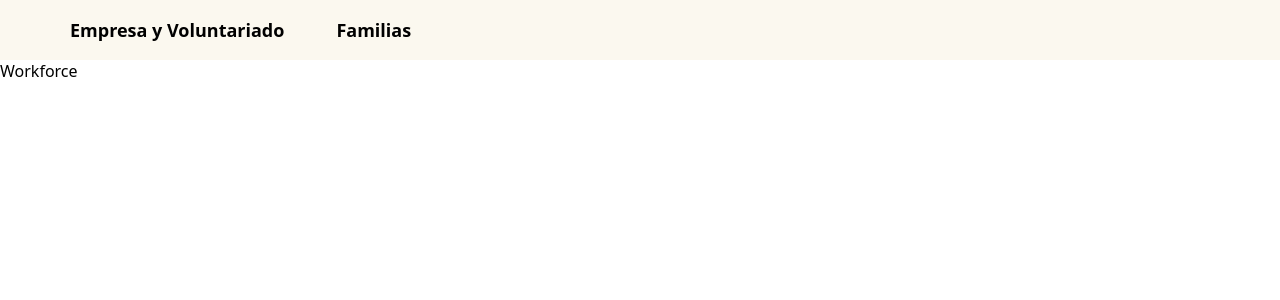
Repository: Synergy-club/reconstruction
Page: /
An editor plug-in stored every save of this project. The page is shown before and after the next save, followed by the edit.
The browser window is 1280 px wide. The pictures show the whole page.
The project was rebuilt for these pictures with package versions that can differ from the ones it lists, and the page was loaded fresh each time. Also part of the build but not shown: vite.config.js, src/views/Families/Families.jsx.

Above is the page before, as saved 2024-12-10 01:26:26.

### index.html
<!DOCTYPE html>
<html lang="en">
  <head>
    <meta charset="UTF-8" />
    <link rel="icon" type="image/svg+xml" href="/vite.svg" />
    <meta name="viewport" content="width=device-width, initial-scale=1.0 user-scalable=no" />
    <meta name="description" content="Agrupación de profesionales de primer nivel de los sectores de la logística, arquitectura y construcción unidos para gestionar y coordinar los esfuerzos de reconstrucción tras las inundaciones. Garantizando la trazabilidad y transparencia de las donaciones.
      La emisión de certificados inmediatos de donaciones así como los reconocimientos al voluntariado se harán bajo el paraguas de Fundación Synergy Club internacional, una plataforma abierta que suma acciones de asociaciones y fundaciones. Siempre y todas ellas sin ninguna vinculación política y sin ánimo de lucro.
      Esta iniciativa está abierta a todos los profesionales, voluntarios y héroes vecinales que necesitan o pueden aportar recursos eficientes y de calidad para la reconstrucción.
      Nos apoyamos y promovemos las agrupaciones improvisadas de vecinos de las zonas afectadas por la catástrofe que han reaccionado y son un referente de ayuda inmediata y conocimiento real de las situaciones de sus vecinos."
    />
    <meta name="author" content="Synergy Clubs International" />
    <title>Reconstrucción Valencia</title>
  </head>
  <body>
    <div id="root"></div>
    <script type="module" src="/src/main.jsx"></script>
  </body>
</html>

### src/main.jsx
import { StrictMode } from 'react'
import { createRoot } from 'react-dom/client'
import { BrowserRouter } from 'react-router-dom'
import './assets/global-style/style.css'
import App from './App.jsx'
import { ReducerProvider } from './contexts/ReducerContext.jsx'
import { ReferenceProvider } from './contexts/ReferenceContext.jsx'

createRoot(document.getElementById('root')).render(
  <StrictMode>
    <BrowserRouter>
      <ReducerProvider>
        <ReferenceProvider>
          <App />
        </ReferenceProvider>
      </ReducerProvider>
    </BrowserRouter>
  </StrictMode>
)

### src/assets/global-style/style.css
:root {
  /* BACKGROUND COLOR */
  --sci-bg-dark: #222222;
  --sci-bg-white: #ffffff;
  --sci-primary-blue: #78b3ce;
  --sci-light-blue: #c9e6f0;
  --sci-light-cream: #fbf8ef;
  --sci-accent-orange: #f96e2a;

  /*FONT*/
  --sci-font-main: sans-serif;

  /*COLOR TEXT*/
  --sci-text-dark: #222222;
  --sci-text-white: #ffffff;
  --sci-text-orange: #f96e2a;

  /*SPACING AND ROUNDED*/
  --sci-spacing-xs: 8px;
  --sci-spacing-s: 12px;
  --sci-spacing-m: 16px;
  --sci-spacing-l: 24px;
  --sci-spacing-xl: 48px;

  /*FONT SIZE*/
  --sci-font-size-xs: 12px;
  --sci-font-size-s: 16px;
  --sci-font-size-m: 18px;
  --sci-font-size-l: 22px;
  --sci-font-size-xl: 28px;
}
* {
  margin: 0;
  padding: 0;
  box-sizing: border-box;
  font-family: system-ui, -apple-system, BlinkMacSystemFont, 'Segoe UI', Roboto,
    Oxygen, Ubuntu, Cantarell, 'Open Sans', 'Helvetica Neue', sans-serif;
}

html {
  scroll-behavior: smooth;
}
h1,
h2,
h3,
h4,
h5 {
  font-size: var(--sci-font-size-xl);
}
p,
button,
li {
  font-size: var(--sci-font-size-m);
}

ul {
  list-style-type: disc;
  padding-left: 20px;
}
a {
  text-decoration: none;
}
button {
  cursor: pointer;
  background: none;
  padding: var(--sci-spacing-xs) var(--sci-spacing-s);
  border: none;
  transition: all 0.3s ease-in-out;
  display: flex;
  justify-content: center;
  align-items: center;
  gap: 8px;
  font-weight: 600;
}

button:hover {
  transform: scale(0.98);
}

@keyframes fadeInUp {
  0% {
    opacity: 0;
    transform: translateY(20px);
  }
  100% {
    opacity: 1;
    transform: translateY(0);
  }
}

.fadeIn {
  opacity: 1;
  animation: fadeInUp 0.5s ease-in;
}

@keyframes show {
  from {
    opacity: 0;
    scale: 50%;
  }
  to {
    opacity: 1;
    scale: 100%;
  }
}

@media (max-width: 850px) {
  h1,
  h2,
  h3,
  h4,
  h5 {
    font-size: var(--sci-font-size-xl);
  }

  button,
  li,
  p {
    font-size: var(--sci-font-size-s);
    line-height: 20px;
  }
}

@media (max-width: 400px) {
  h1,
  h2,
  h3,
  h4,
  h5 {
    font-size: var(--sci-font-size-xl);
  }
  li,
  button,
  a {
    font-size: var(--sci-font-size-s);
  }
  p {
    font-size: 14px;
  }
}

### src/App.jsx
import { Route, Routes } from 'react-router-dom'
import Layout from './layout/Layout'
import Workforce  from './views/Workforce/Workforce '
import Families from './views/Families/Families'
import NotFound from './views/404/NotFound'

const App = () => {
  return (
    <Routes>
      <Route path='/' element={<Layout />}>
        <Route index element={<Workforce  />} />
        <Route path='familias' element={<Families />} />
        {/*ERROR LINK*/}
        <Route path='*' element={<NotFound />} />
        <Route />
      </Route>
    </Routes>
  )
}

export default App

### src/contexts/ReducerContext.jsx
import { createContext } from 'react'

export const ReducerContext = createContext()
export const ReducerProvider = ({children}) => {
  return (
    <ReducerContext.Provider value={{}}>{ children }</ReducerContext.Provider>
  )
}

### src/contexts/ReferenceContext.jsx
import { createContext } from 'react'

export const ReferenceContext = createContext()

export const ReferenceProvider = ({ children }) => {
  return <ReferenceContext.Provider value={{}}>{children}</ReferenceContext.Provider>
}

### src/layout/Layout.jsx

import { Fragment } from 'react'
import { Outlet } from 'react-router-dom'
import Header from '../components/Header/Header'

const Layout = () => {
  return (
    <Fragment>
    <header><Header /></header>
    <div>
      <Outlet />

    </div>
    </Fragment>
  )
}

export default Layout

### src/views/Workforce/Workforce .jsx
const Workforce = () => {
  return <div>Workforce </div>
}

export default Workforce

### src/views/404/NotFound.jsx
import React, { useEffect } from 'react'
import { useNavigate } from 'react-router-dom'

const NotFound = () => {
  const navigate = useNavigate()
  useEffect(() => {
    const timeout = setTimeout(() => {
      navigate('../')
    }, 300)
    return () => clearTimeout(timeout)
  }, [navigate])
}

export default NotFound

### src/components/Header/Header.jsx
import { Link } from 'react-router-dom'
import './Header.css'

const Header = () => {
  return (
    <nav className='nav__container'>
      <button className='nav__content-link'>
        <Link to='/' />
        Empresa y Voluntariado
      </button>
      <button className='nav__content-link'>
        <Link to='familias' />
        Familias
      </button>
    </nav>
  )
}

export default Header

### src/components/Header/Header.css
.nav__container{
  width:100%;
  padding: 10px 50px;
  background-color: var(--sci-light-cream);
  display: flex;
  justify-content: start;
  align-items: center;
  gap:20px;
}

After the next save:
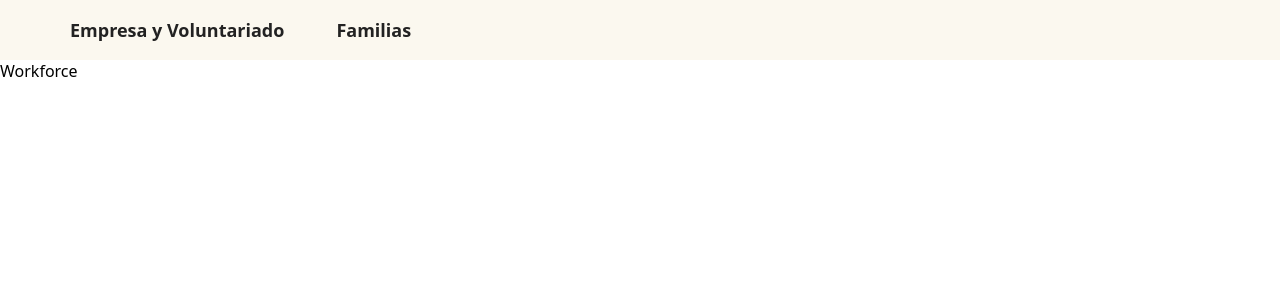
Saved 44 s later.
--- a/src/assets/global-style/style.css
+++ b/src/assets/global-style/style.css
@@ -65,6 +65,7 @@ button {
   background: none;
   padding: var(--sci-spacing-xs) var(--sci-spacing-s);
   border: none;
+  color:var(--sci-text-dark);
   transition: all 0.3s ease-in-out;
   display: flex;
   justify-content: center;
@@ -75,6 +76,8 @@ button {
 
 button:hover {
   transform: scale(0.98);
+  color:var(--sci-text-orange);
+
 }
 
 @keyframes fadeInUp {
